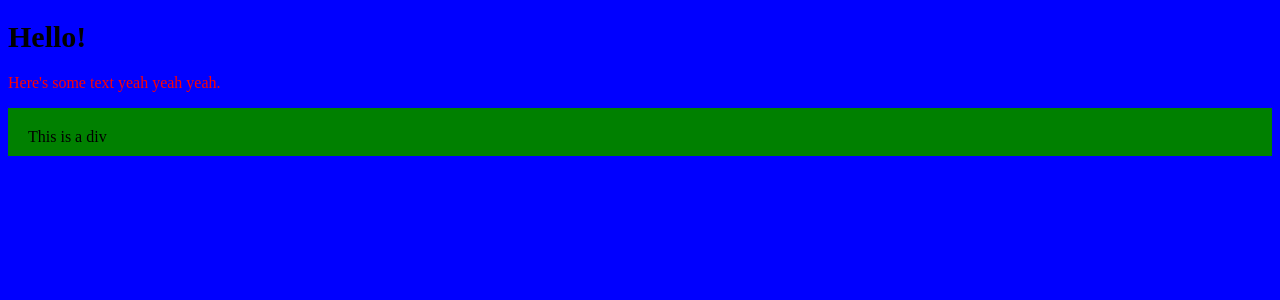
Repository: OperationSpark/teacher-training-curriculum
Page: Lesson4.html
The author's editor kept a record of every edit. The page is drawn from the files as they stood at one moment, then again after the next edit.
The browser window is 1280 px wide. The pictures show the whole page.

Above is the page before.

### Lesson4.html
<!DOCTYPE html>
<html>
    <head>
        <title>CSS!</title>
        <style type="text/css">
            body {
            background-color: blue;
            }

            h1 {
                    font-size: 30px;
            }

            p  {
                    color: red;
            }

            div {
                    padding-top: 20px;
                    padding-right: 10px;
                    padding-bottom: 10px;
                    padding-left: 20px;
                    background-color: green;
                }
        </style>
    </head>
    <body>

        <h1>Hello!</h1>
        <p>Here's some text yeah yeah yeah.</p>

        <div>This is a div</div>

    </body>
</html>

After the next edit:
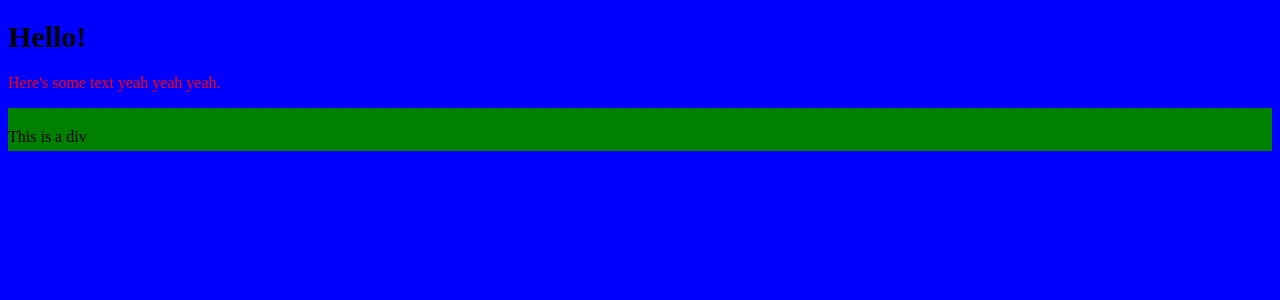
The edit:
--- a/Lesson4.html
+++ b/Lesson4.html
@@ -18,8 +18,8 @@
             div {
                     padding-top: 20px;
                     padding-right: 10px;
-                    padding-bottom: 10px;
-                    padding-left: 20px;
+                    padding-bottom: 5px;
+                    padding-left: 0;
                     background-color: green;
                 }
         </style>
